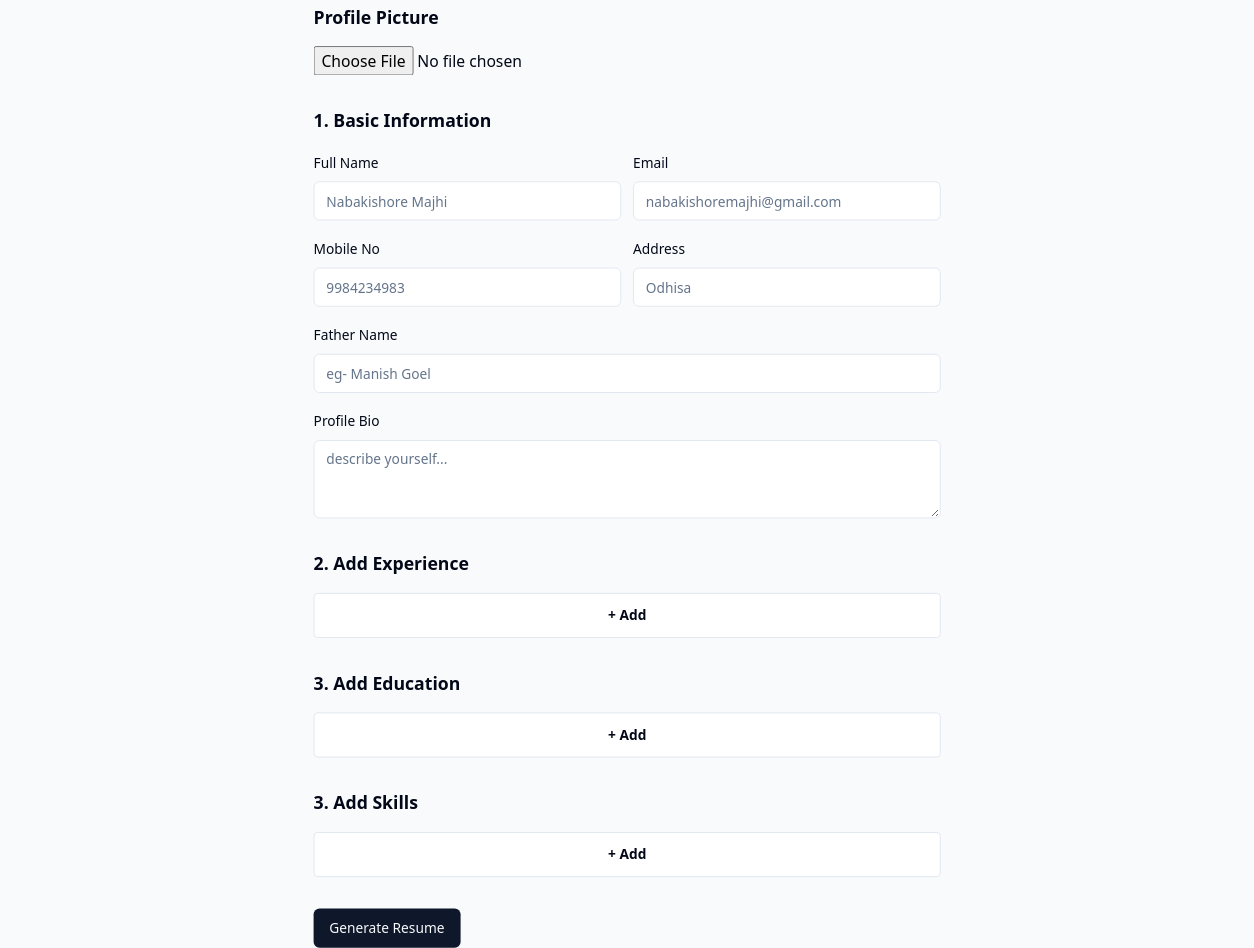
Repository: nickgoel31/resume-maker
Page: /create-resume
The author's editor kept a copy of each file at every save. The page is drawn from the files as they stood at one save, then again after the next save.
The browser window is 1280 px wide. The pictures show the whole page, at 98% of full size.
The project was rebuilt for these pictures with package versions that can differ from the ones it lists, and the page was loaded fresh each time. The framework's server and built-in components were replaced by stand-ins that run in the browser. Also part of the build but not shown: next.config.mjs, helpers/conver.ts, actions/generate-resume-pdf.ts.

Above is the page before, as saved 2024-03-19 20:15:40.

After the next save:
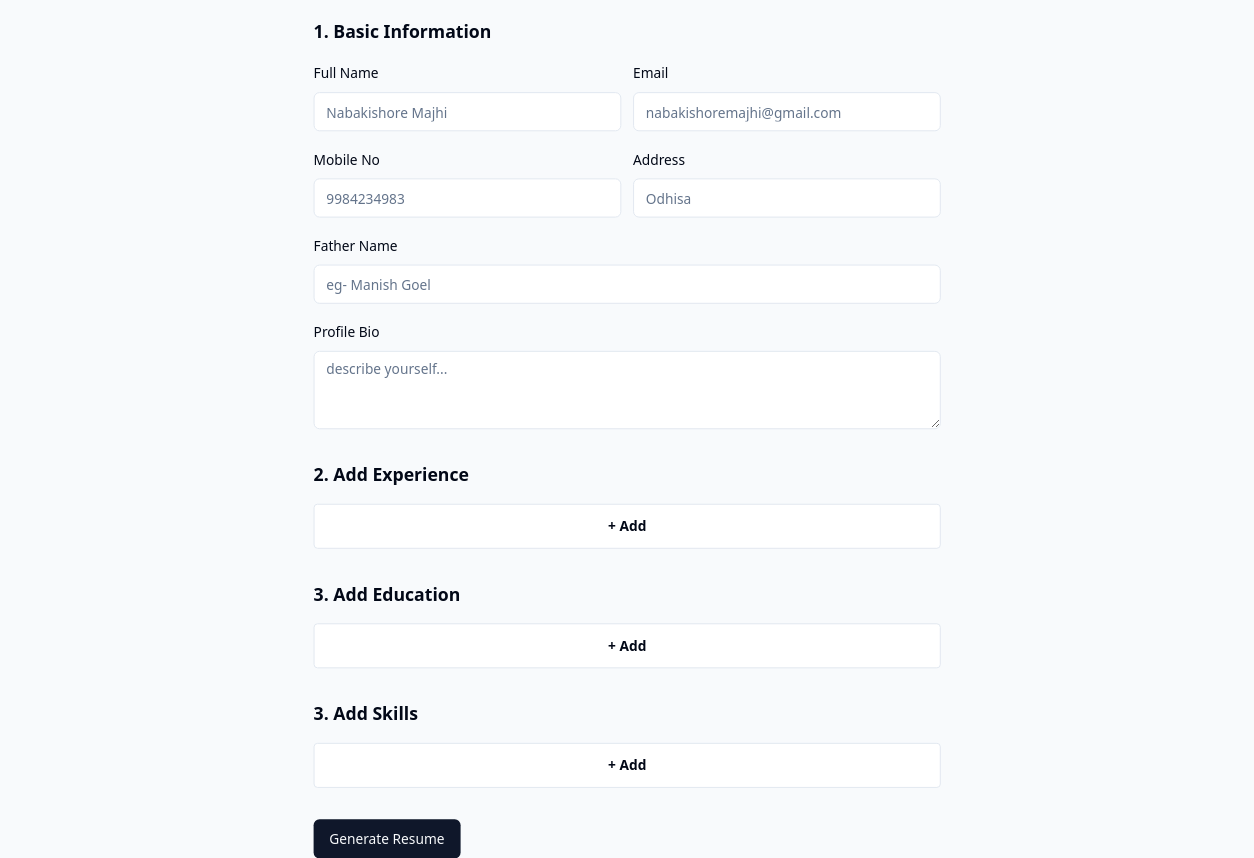
Saved 49 s later.
--- a/app/(main)/create-resume/page.tsx
+++ b/app/(main)/create-resume/page.tsx
@@ -155,8 +155,6 @@ const CreateResumePage = () => {
             <h1 className='font-bold text-3xl'>Create Resume</h1>
         </div>
 
-        <Image width={100} height={100} src={'/bg-res.jpg'} alt="jdfghgfd" />
-
         <div className="w-full max-w-screen-sm space-y-4">
             <h3 className="text-semibold font-semibold text-lg">Profile Picture</h3>
             <div className="flex items-center gap-3 w-full ">
